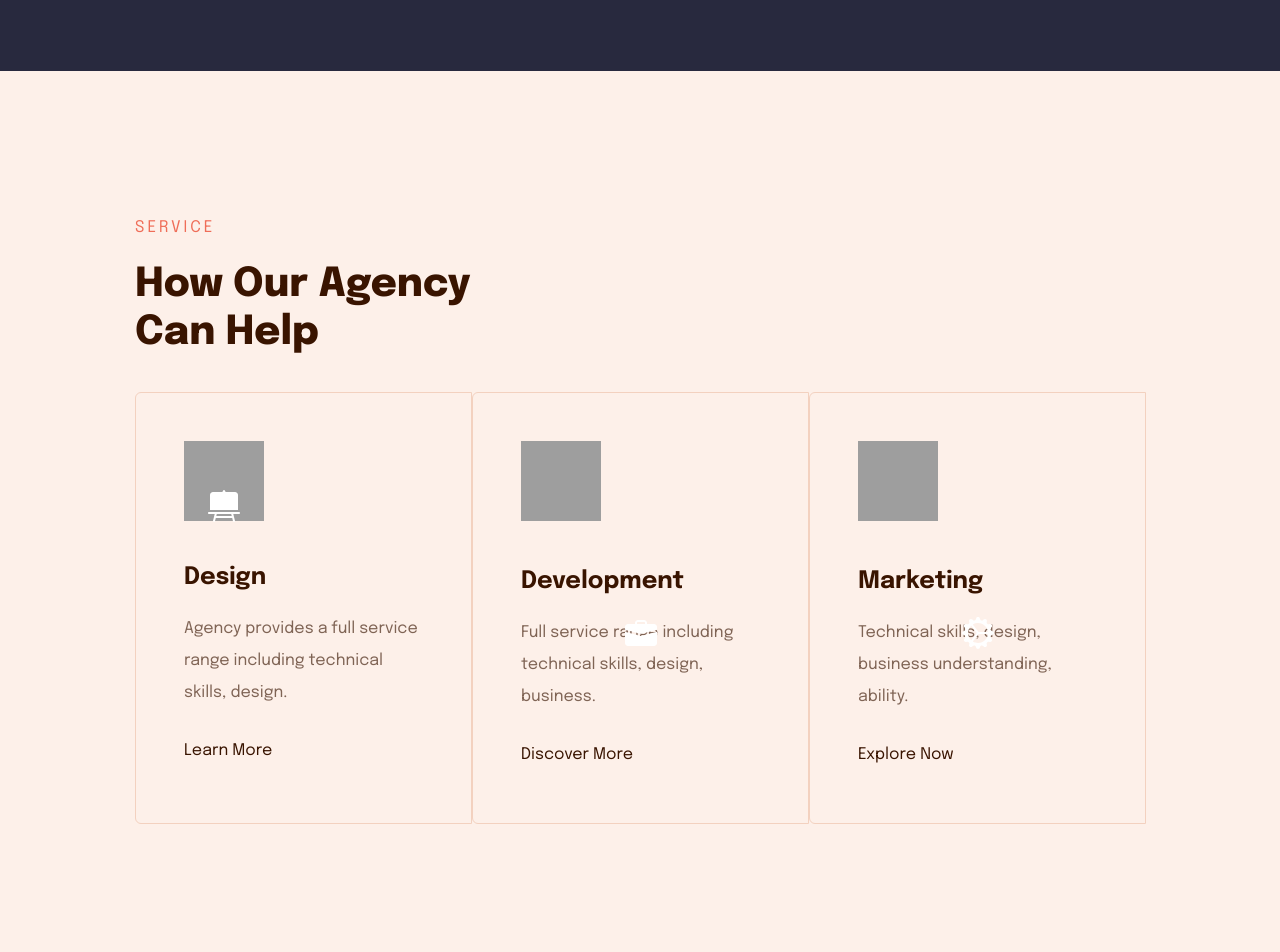
Repository: NatiqSamiyev/image-task
Page: index.html
An editor plug-in stored every save of this project. The page is shown before and after a run of saves, followed by the edit.
The browser window is 1280 px wide. The pictures show the part of the page from y = 1366 to 2318 px (the page is 2318 px tall).
Pictures or frames that could not be fetched are drawn as grey boxes.

Above is the page before, as saved 2023-08-23 15:07:40.

### index.html
<!DOCTYPE html>
<html lang="en">
  <head>
    <meta charset="UTF-8" />
    <meta name="viewport" content="width=device-width, initial-scale=1.0" />
    <title>Document</title>
    <link rel="stylesheet" href="index.css" />
  </head>
  <body>
    <div class="container">
      <div id="page-1">
        <h1>Portfolio</h1>
        <h2>Latest Work</h2>

        <nav>
          <ul>
            <li>
              <a href="#">Show All</a>
              <p>14</p>
            </li>
            <li>
              <a href="#">Design</a>
              <p>6</p>
            </li>
            <li>
              <a href="#">Branding</a>
              <p>4</p>
            </li>
            <li>
              <a href="#">Illustration</a>
              <p>3</p>
            </li>
            <li>
              <a href="#">Motion</a>
              <p>1</p>
            </li>
          </ul>
        </nav>

        <div class="image-box">
          <div class="box-1">
            <div class="left">
              <img
                src="https://images.unsplash.com/photo-1605365070248-299a182a2ca6?ixlib=rb-4.0.3&ixid=M3wxMjA3fDB8MHxzZWFyY2h8MTF8fGNvdWNofGVufDB8fDB8fHww&w=1000&q=80"
                alt=""
              />
              <button>Design</button>
              <p>SOFA</p>
            </div>
            <div class="right">
              <img
                src="https://encrypted-tbn0.gstatic.com/images?q=tbn:ANd9GcRcj9OasnMoc-lGpTAOWO39NXB7dLMMJMDkmA&usqp=CAU"
                alt=""
              />
              <button>Branding</button>
              <p>KeyBoard</p>
            </div>
          </div>
          <div class="box-2">
            <div class="left">
              <img
                src="https://www.socialpilot.co/wp-content/uploads/2021/02/pasted-image-0.png"
                alt=""
              />
              <button>Illustration</button>
              <p>Work Media</p>
            </div>

            <div class="right">
              <img
                src="https://www.dogstrolldaycare.co.uk/themes/black/images/daycare-puppies.jpg"
                alt=""
              />
              <button>Motion</button>
              <p>DDDone</p>
            </div>
          </div>
        </div>

        <div class="bottom-container">
          <button>Explore More</button>
        </div>
      </div>

      <div id="page-2">
        <h1>Service</h1>

        <h2>
          How Our Agency <br />
          Can Help
        </h2>

        <ul>
          <li>
            <div class="image-box">
              <img src="./image/Oval.svg" alt="" />
              <img class="image" src="./image/Combined Shape.svg" alt="" />
            </div>

            <h3>Design</h3>
            <p>
              Agency provides a full service range including technical skills,
              design.
            </p>
            <h4>Learn More</h4>
          </li>

          <li>
            <img src="./image/Oval.svg" alt="" />
            <img class="image" src="./image/Combined Shape (1).svg" alt="" />
            <h3>Development</h3>
            <p>
              Full service range including technical skills, design, business.
            </p>
            <h4>Discover More</h4>
          </li>

          <li>
            <img src="./image/Oval.svg" alt="" />
            <img class="image" src="./image/Shape.svg" alt="" />
            <h3>Marketing</h3>
            <p>Technical skills, design, business understanding, ability.</p>
            <h4>Explore Now</h4>
          </li>
        </ul>
      </div>
    </div>

  </body>
</html>

### index.css
@import url("https://fonts.googleapis.com/css2?family=Epilogue:wght@400;700;800&family=Roboto+Slab:wght@700&family=Roboto:wght@400;700&display=swap");
* {
  margin: 0;
  padding: 0;
  box-sizing: border-box;
}

#page-1 {
  width: 100%;
  padding: 92px 135px 117px 135px;
  background-color: #28293e;
  min-height: 100vh;
}

#page-1 h1 {
  color: var(--text-light-accent, #ef6d58);
  text-align: center;
  font-feature-settings: "clig" off, "liga" off;
  font-family: Epilogue;
  font-size: 16px;
  font-style: normal;
  font-weight: 400;
  line-height: 32px;
  letter-spacing: 3px;
  text-transform: uppercase;
}

#page-1 h2 {
  margin-top: 20px;
  color: var(--text-light, #fff);
  text-align: center;
  font-feature-settings: "clig" off, "liga" off;
  font-family: Epilogue;
  font-size: 56px;
  font-style: normal;
  font-weight: 800;
  line-height: 64px;
  letter-spacing: -1px;
}

#page-1 ul {
  display: flex;
}

#page-1 ul li {
  display: flex;
  list-style-type: none;
  margin-right: 50px;
}

nav {
  margin-top: 36px;
  margin-bottom: 68px;
  display: flex;
  justify-content: center;
}

#page-1 ul li a {
  color: var(--text-light, #fff);
  font-feature-settings: "clig" off, "liga" off;
  font-family: Epilogue;
  font-size: 16px;
  font-style: normal;
  font-weight: 400;
  line-height: 32px;
  text-decoration: none;
}

#page-1 ul li p {
  color: var(--text-light-gray, rgba(255, 255, 255, 0.64));
  text-align: center;
  font-feature-settings: "clig" off, "liga" off;
  font-family: Epilogue;
  font-size: 14px;
  font-style: normal;
  font-weight: 400;
}

#page-1  .box-1 {
  display: flex;
  justify-content: space-between;
}
#page-1  .image-box .left {
  width: 45%;
  height: 416px;
  position: relative;
}

#page-1  .image-box .left img {
  width: 100%;
  height: 416px;
}
#page-1  .image-box .right {
  width: 54%;
  height: 416px;
  margin-left: 30px;
  position: relative;
  background-color: red;
}
#page-1  .image-box .right img {
  width: 100%;
  height: 416px;
}

#page-1  .image-box img {
  width: 100%;
  height: 100%;
}
#page-1  .image-box button {
  color: var(--text-dark, #391400);
  font-feature-settings: "clig" off, "liga" off;
  font-family: Epilogue;
  font-size: 16px;
  font-style: normal;
  font-weight: 400;
  line-height: 32px;
  border-radius: 19px;
  background: #fff;
  border: none;
  position: absolute;
  bottom: 122px;
  left: 48px;
}

#page-1 .image-box .box-1 .left button {
  width: 84px;
  height: 38px;
  display: flex;
  justify-content: center;
  align-items: center;
}

#page-1 .image-box .box-1 .right button {
  width: 102px;
  height: 38px;
  display: flex;
  justify-content: center;
  align-items: center;
}

#page-1 .image-box .box-2 .left button {
  width: 116px;
  height: 38px;
  display: flex;
  justify-content: center;
  align-items: center;
}

#page-1 .image-box .box-2 .right button {
  width: 86px;
  height: 38px;
  display: flex;
  justify-content: center;
  align-items: center;
}
#page-1 .image-box p {
  color: var(--text-light, #fff);
  font-feature-settings: "clig" off, "liga" off;
  font-family: Epilogue;
  font-size: 40px;
  font-style: normal;
  font-weight: 800;
  line-height: 48px;
  position: absolute;
  left: 48px;
  bottom: 51px;
}

.box-2 {
  margin-top: 32px;
  width: 100%;
  height: 100%;

  display: flex;
  justify-content: space-between;
  position: relative;
}

.box-2 .left {
  width: 54%;
  height: 416px;
}
.box-2 .right {
  width: 45%;
  height: 416px;
}
.box-2 img {
  width: 100%;
  height: 100%;
}

.bottom-container {
  margin-top: 64px;
  display: flex;
  justify-content: center;
}

.bottom-container button {
  width: 170px;
  height: 48px;
  border-radius: 6px;
  border: 1px solid rgba(255, 255, 255, 0.3);
  background: #28293e;
  color: #fff;
  text-align: center;
  font-family: Epilogue;
  font-size: 14px;
  font-style: normal;
  font-weight: 900;
  line-height: normal;
  text-transform: uppercase;
}
/* page-2 design */
#page-2 {
  width: 100%;
  padding: 141px 134px 128px 135px;
  background: #fdf0e9;
}

#page-2 h1 {
  color: var(--text-dark-accent, #ef6d58);
  font-feature-settings: "clig" off, "liga" off;
  font-family: Epilogue;
  font-size: 16px;
  font-style: normal;
  font-weight: 400;
  line-height: 32px;
  letter-spacing: 3px;
  text-transform: uppercase;
}

#page-2 h2 {
  margin-top: 17px;
  color: var(--text-dark, #391400);
  font-feature-settings: "clig" off, "liga" off;
  font-family: Epilogue;
  font-size: 40px;
  font-style: normal;
  font-weight: 800;
  line-height: 48px;
}

#page-2 ul {
  display: flex;
  margin-top: 35px;
}

#page-2 ul li {
  width: 391px;
  padding: 48px 48px 52px 48px;
  list-style-type: none;
  border-radius: 6px 0px 0px 6px;
  border: 1px solid #f3d1bf;
  position: relative;
}
#page-2 ul li .image-box{
  position: relative;
  width: 80px;
height: 80px;
}
#page-2 ul li img {
  /* background-color: darkblue; */
  width: 80px;
  height: 80px;
  /* position: relative; */
}

#page-2 ul li .image {
  /* background-color: #58ef6c; */
  width: 32px;
  height: 32px;
  fill: #fff;
  position: absolute;
  left: 72px;
  margin-top: 25px;
  left: 50%;
  top: 50%;
  transform: translate(-50%,-50%);
}

#page-2 ul li h3 {
  margin-top: 41px;
  color: var(--text-dark, #391400);
  font-feature-settings: "clig" off, "liga" off;
  font-family: Epilogue;
  font-size: 24px;
  font-style: normal;
  font-weight: 700;
  line-height: 32px;
}

#page-2 ul li p {
  margin-top: 19px;
  color: var(--text-dark-gray, rgba(57, 20, 0, 0.64));
  font-feature-settings: "clig" off, "liga" off;
  font-family: Epilogue;
  font-size: 16px;
  font-style: normal;
  font-weight: 400;
  line-height: 32px;
}

#page-2 ul li h4 {
  margin-top: 26px;
  color: var(--text-dark, #391400);
  font-feature-settings: "clig" off, "liga" off;
  font-family: Epilogue;
  font-size: 16px;
  font-style: normal;
  font-weight: 400;
  line-height: 32px;
}

After the next 2 saves:
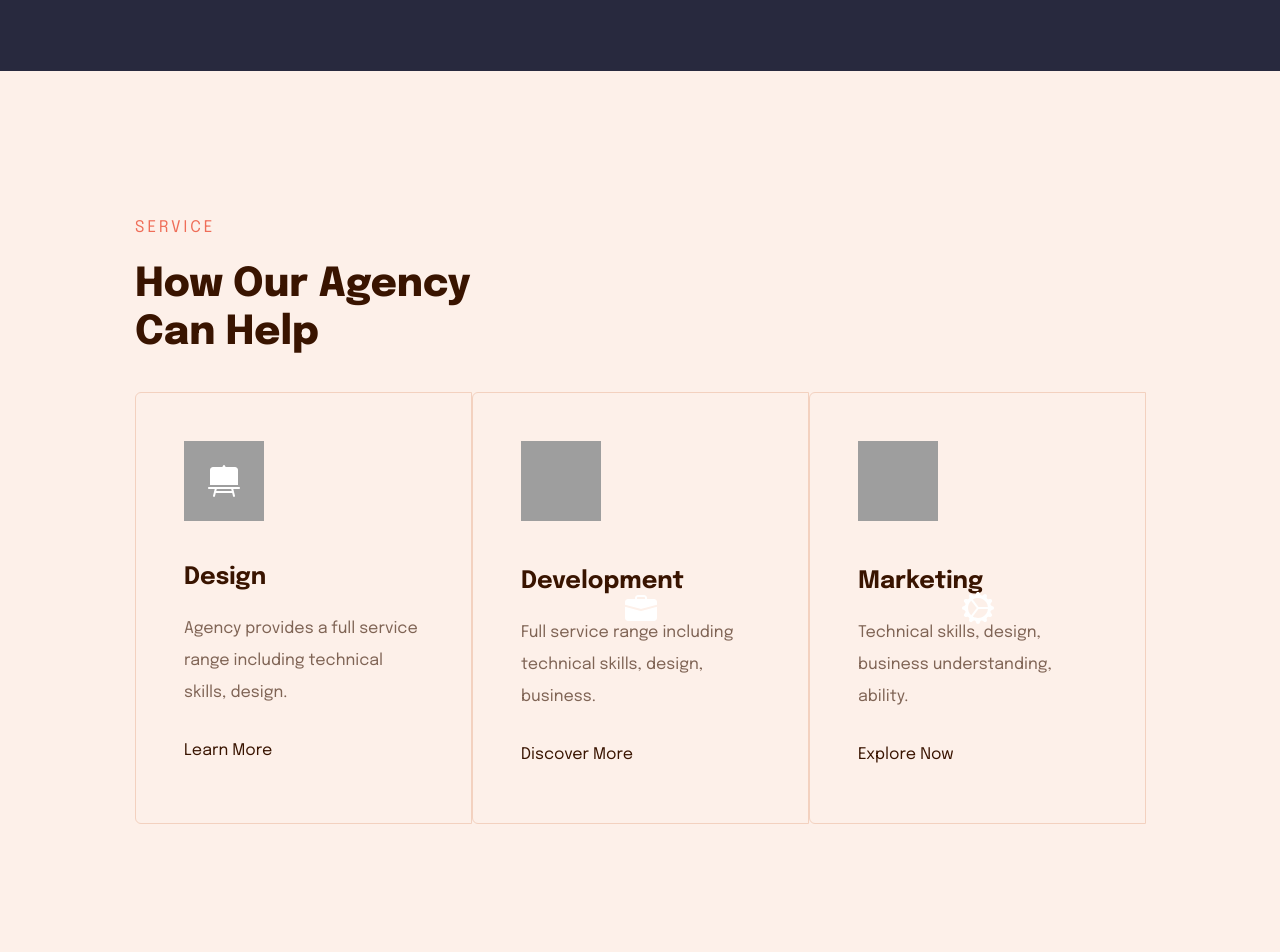
The 2 saves are shown as one change because they came seconds apart.
The last was saved 10 s later.
--- a/index.css
+++ b/index.css
@@ -271,8 +271,8 @@ height: 80px;
   height: 32px;
   fill: #fff;
   position: absolute;
-  left: 72px;
-  margin-top: 25px;
+  /* left: 72px; */
+  /* margin-top: 25px; */
   left: 50%;
   top: 50%;
   transform: translate(-50%,-50%);
